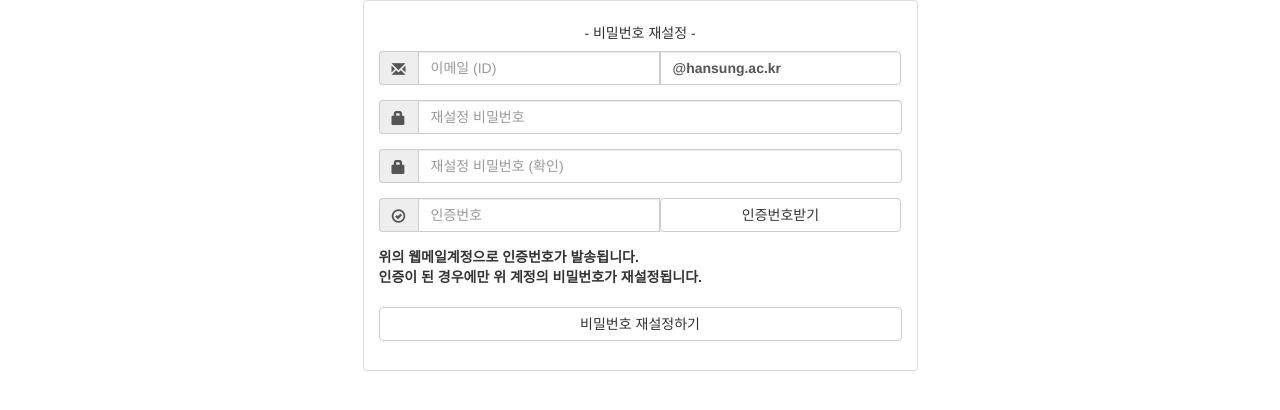
Repository: ehdrylang/meeting
Page: http://localhost/meeting/WEB-INF/views/user/renewalpassword.jsp
An editor plug-in stored every save of this project. The page is shown before and after the next save, followed by the edit.
The browser window is 1280 px wide. The pictures show the whole page.
Some web libraries are served in a nearby version. The page is served by Tomcat 9. Nobody is signed in. Other server files are loaded and not shown. The template is opened directly, without the code that normally fills it, so the values that code supplies are empty.

Above is the page before, as saved 2017-08-28 09:11:45.

### meeting/src/main/webapp/WEB-INF/views/user/renewalpassword.jsp
<%@ page language="java" contentType="text/html; charset=UTF-8"
    pageEncoding="UTF-8"%>
<html>
<head>
<link rel="stylesheet" href="//maxcdn.bootstrapcdn.com/bootstrap/latest/css/bootstrap.min.css">
<script src="http://code.jquery.com/jquery-1.10.2.js"></script>
<script src="//maxcdn.bootstrapcdn.com/bootstrap/latest/js/bootstrap.min.js"></script>
 <!-- 스프링 시큐리티 ajax csrf설정 403에러  -->
<meta name="_csrf" content="${_csrf.token}"/>
<!-- default header name is X-CSRF-TOKEN -->
<meta name="_csrf_header" content="${_csrf.headerName}"/>
<!-- 스프링 시큐리티 ajax csrf설정 403에러  -->
<meta http-equiv="Content-Type" content="text/html; charset=UTF-8">
<title>Insert title here</title>
</head>
<body>
<div class="container">
    <div class="row">
    	<div class="col-sm-3">
    	</div>
        <div class="col-sm-6">
            <div class="panel panel-default">
                <div class="panel-body">
                    <h5 class="text-center">- 비밀번호 재설정 -</h5>
                    <form action="/user/renewalpassword" role="form" method="post">
                    <div class="form-group">
                        <div class="input-group">
                            <span class="input-group-addon"><span class="glyphicon glyphicon-envelope"></span>
                            </span>
                            <input style="width:50%" type="text" id="username" class="form-control" name="username" placeholder="이메일 (ID)" required />
                            <label style="width:50%" class="form-control">@hansung.ac.kr</label>
                        </div>
                    </div>
                    <div class="form-group">
                        <div class="input-group">
                            <span class="input-group-addon"><span class="glyphicon glyphicon-lock"></span></span>
                            <input type="password" class="form-control" name="password" placeholder="재설정 비밀번호" required />
                        </div>
                    </div>
                    <div class="form-group">
                        <div class="input-group">
                            <span class="input-group-addon"><span class="glyphicon glyphicon-lock"></span></span>
                            <input type="password" class="form-control" name="password2" placeholder="재설정 비밀번호 (확인)" required />
                        </div>
                    </div>
                    <div class="form-group">
                        <div class="input-group">
                            <span class="input-group-addon"><span class="glyphicon glyphicon-ok-circle"></span></span>
                            <input style="width:50%" type="text" id="hansungAuth" class="form-control" placeholder="인증번호" required />
                            <input style="width:50%" type="button" id="emailBtn" class="btn btn-default" value="인증번호받기">
                        </div>
                    </div>
                    <div class="form-group">
                    	<div class="input-group">
                    		<label>위의 웹메일계정으로 인증번호가 발송됩니다.<br>인증이 된 경우에만 위 계정의 비밀번호가 재설정됩니다.</label>

                    	</div>
                    </div>
                    <div>
                    	<input type="hidden" name="${_csrf.parameterName}" value="${_csrf.token}" />
                    </div>
                    <div>
                    	<input style="width:100%" type="submit" id="submit" class="btn btn-default" value="비밀번호 재설정하기">
                    </div>
                 	</form>
	            </div>
	        </div>
	    </div>
	    <div class="col-sm-3">
	    </div>
	</div>
</div>
<script type="text/javascript">
$(document).ready(function(){
	var emailAuth = null;
	/* 스프링 시큐리티 ajax csrf설정 403에러 */
	$(function () {
		var token = $("meta[name='_csrf']").attr("content");
		var header = $("meta[name='_csrf_header']").attr("content");
		$(document).ajaxSend(function(e, xhr, options) {
			xhr.setRequestHeader(header, token);
		});
	});
	/* 스프링 시큐리티 ajax csrf설정 403에러 */

    $("#emailBtn").click(function(){
    	var username = $('#username').val();
    	 $.ajax({ //image 파일 폴더에 생성
             type : "post",
             url : "/sendMail/auth",
             dataType : "text",
             data : {'username' : username},
             success : function(result) {
            	 emailAuth=result;
             }
          });
   });
    $("#submit").click(function(event){
   	 	if($("#hansungAuth").val()===emailAuth){
	       		console.log("success");
	       		$("form").submit();
        	}
       	else{
       		alert('이메일 인증 실패');
       	}
    });

});
</script>
</body>
</html>

After the next save:
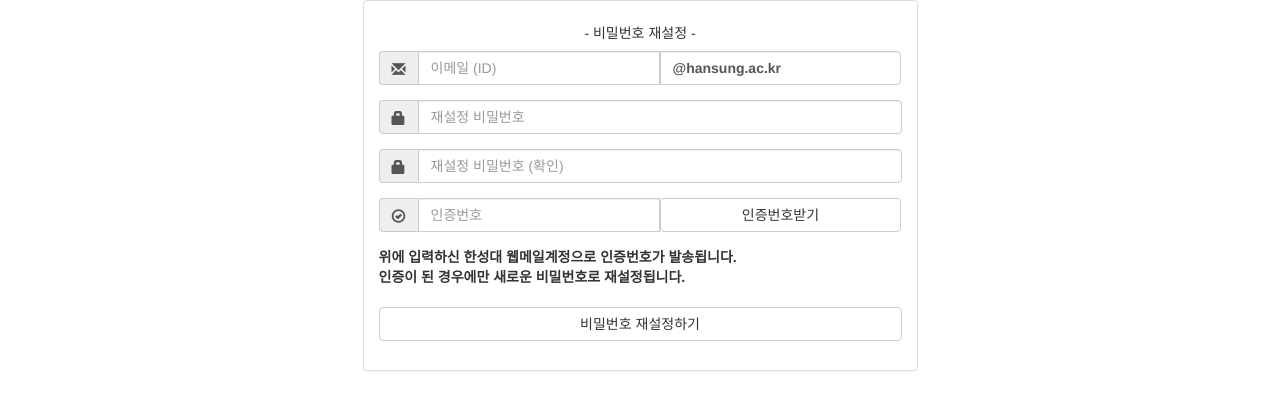
Saved 109 s later.
--- a/meeting/src/main/webapp/WEB-INF/views/user/renewalpassword.jsp
+++ b/meeting/src/main/webapp/WEB-INF/views/user/renewalpassword.jsp
@@ -52,7 +52,7 @@
                     </div>
                     <div class="form-group">
                     	<div class="input-group">
-                    		<label>위의 웹메일계정으로 인증번호가 발송됩니다.<br>인증이 된 경우에만 위 계정의 비밀번호가 재설정됩니다.</label>
+                    		<label>위에 입력하신 한성대 웹메일계정으로 인증번호가 발송됩니다.<br>인증이 된 경우에만 새로운 비밀번호로 재설정됩니다.</label>
 
                     	</div>
                     </div>
